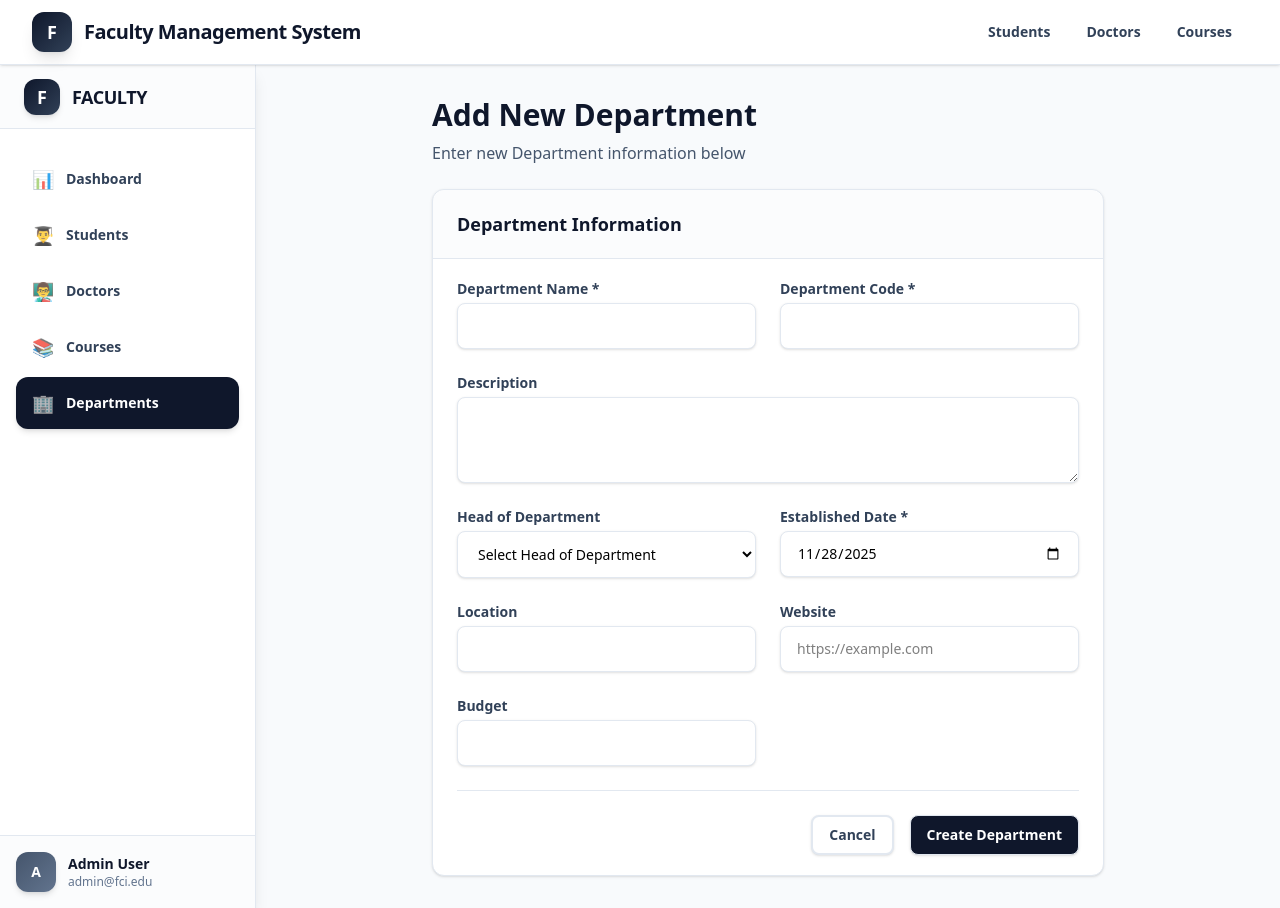
Repository: Mohamedmohsen179/Advanced-DB-Task
Page: /departments/new (app in frontend/)
These files come from the project's save history. The page is drawn as it stood at one moment and after the next save; the edit follows.
The browser window is 1280 px wide. The pictures show the whole page.
The page's requests for data from a server got no answer. The project was rebuilt for these pictures with package versions that can differ from the ones it lists, and the page was loaded fresh each time. The framework's server and built-in components were replaced by stand-ins that run in the browser. No one was signed in, and anything a server would have sent is missing. Also part of the build but not shown: frontend/next.config.ts.

Above is the page before, as saved 2025-11-29 01:32:44.

### frontend/app/layout.tsx
import type { Metadata } from "next";
import { Geist, Geist_Mono } from "next/font/google";
import "./globals.css";
import MainLayout from "../components/layout/MainLayout";

const geistSans = Geist({
  variable: "--font-geist-sans",
  subsets: ["latin"],
});

const geistMono = Geist_Mono({
  variable: "--font-geist-mono",
  subsets: ["latin"],
});

export const metadata: Metadata = {
  title: "University Management System",
  description: "A comprehensive university management system built with Next.js and TypeScript",
};

export default function RootLayout({
  children,
}: Readonly<{
  children: React.ReactNode;
}>) {
  return (
    <html lang="en">
      <body
        className={`${geistSans.variable} ${geistMono.variable} antialiased`}
      >
        <MainLayout>{children}</MainLayout>
      </body>
    </html>
  );
}

### frontend/app/departments/new/page.tsx
'use client';

import { useState, useEffect } from 'react';
import { useRouter } from 'next/navigation';
import { CreateDepartmentRequest } from '../../../types';
import { apiService } from '../../../services/api';
import { Card, CardContent, CardHeader } from '../../../components/ui/Card';
import Button from '../../../components/ui/Button';

export default function NewDepartmentPage() {
  const router = useRouter();
  const [loading, setLoading] = useState(false);
  const [error, setError] = useState<string | null>(null);
  const [doctors, setDoctors] = useState<{ id: string; firstName: string; lastName: string }[]>([]);

  const [formData, setFormData] = useState<CreateDepartmentRequest>({
    name: '',
    code: '',
    description: '',
    headOfDepartmentId: '',
    establishedDate: new Date().toISOString().split('T')[0],
    location: '',
    phoneNumber: '',
    email: '',
    website: '',
    budget: undefined,
  });

  useEffect(() => {
    loadDoctors();
  }, []);

  const loadDoctors = async () => {
    try {
      const response = await apiService.getDoctors();
      if (response.success) {
        setDoctors(response.data.map(d => ({ id: d.id, firstName: d.firstName, lastName: d.lastName })));
      }
    } catch (err) {
      console.error('Error loading doctors:', err);
    }
  };

  const handleInputChange = (e: React.ChangeEvent<HTMLInputElement | HTMLSelectElement | HTMLTextAreaElement>) => {
  };

  const handleSubmit = async (e: React.FormEvent) => {
    e.preventDefault();
    setLoading(true);
    setError(null);

    try {
      const response = await apiService.createDepartment(formData);

      if (response.success) {
        router.push('/departments');
      } else {
        setError('Failed to create the new Department');
      }
    } catch (err) {
      setError('An error occurred while creating the Department');
      console.error('Error creating Department:', err);
    } finally {
      setLoading(false);
    }
  };

  return (
    <div className="max-w-2xl mx-auto">
      <div className="mb-6">
        <h1 className="text-3xl font-bold text-slate-900">Add New Department</h1>
        <p className="mt-2 text-base text-slate-600">
          Enter new Department information below
        </p>
      </div>

      {error && (
        <div className="mb-6 bg-red-50 border border-red-200 rounded-md p-4">
          <div className="flex">
            <div className="flex-shrink-0">
              <svg className="h-5 w-5 text-red-400" viewBox="0 0 20 20" fill="currentColor">
                <path fillRule="evenodd" d="M10 18a8 8 0 100-16 8 8 0 000 16zM8.707 7.293a1 1 0 00-1.414 1.414L8.586 10l-1.293 1.293a1 1 0 101.414 1.414L10 11.414l1.293 1.293a1 1 0 001.414-1.414L11.414 10l1.293-1.293a1 1 0 00-1.414-1.414L10 8.586 8.707 7.293z" clipRule="evenodd" />
              </svg>
            </div>
            <div className="ml-3">
              <h3 className="text-sm font-medium text-red-800">Error</h3>
              <div className="mt-2 text-sm text-red-700">
                <p>{error}</p>
              </div>
            </div>
          </div>
        </div>
      )}

      <Card>
        <CardHeader>
          <h2 className="text-lg font-semibold text-slate-900">Department Information</h2>
        </CardHeader>
        <CardContent>
          <form onSubmit={handleSubmit} className="space-y-6">
            <div className="grid grid-cols-1 md:grid-cols-2 gap-6">
              <div>
                <label htmlFor="name" className="block text-sm font-semibold text-slate-700">
                  Department Name *
                </label>
                <input
                  type="text"
                  id="name"
                  name="name"
                  required
                  value={formData.name}
                  onChange={handleInputChange}
                  className="text-black mt-1 block w-full border border-slate-300 rounded-lg px-4 py-3 text-sm focus:outline-none focus:ring-2 focus:ring-slate-500 focus:border-slate-500 transition-all duration-200 bg-white shadow-sm"
                />
              </div>

              <div>
                <label htmlFor="code" className="block text-sm font-semibold text-slate-700">
                  Department Code *
                </label>
                <input
                  type="text"
                  id="code"
                  name="code"
                  required
                  value={formData.code}
                  onChange={handleInputChange}
                  className="text-black mt-1 block w-full border border-slate-300 rounded-lg px-4 py-3 text-sm focus:outline-none focus:ring-2 focus:ring-slate-500 focus:border-slate-500 transition-all duration-200 bg-white shadow-sm"
                />
              </div>

              <div className="md:col-span-2">
                <label htmlFor="description" className="block text-sm font-semibold text-slate-700">
                  Description
                </label>
                <textarea
                  id="description"
                  name="description"
                  rows={3}
                  value={formData.description}
                  onChange={handleInputChange}
                  className="text-black mt-1 block w-full border border-slate-300 rounded-lg px-4 py-3 text-sm focus:outline-none focus:ring-2 focus:ring-slate-500 focus:border-slate-500 transition-all duration-200 bg-white shadow-sm"
                />
              </div>

              <div>
                <label htmlFor="headOfDepartmentId" className="block text-sm font-semibold text-slate-700">
                  Head of Department
                </label>
                <select
                  id="headOfDepartmentId"
                  name="headOfDepartmentId"
                  value={formData.headOfDepartmentId || ''}
                  onChange={handleInputChange}
                  className="text-black mt-1 block w-full border border-slate-300 rounded-lg px-4 py-3 text-sm focus:outline-none focus:ring-2 focus:ring-slate-500 focus:border-slate-500 transition-all duration-200 bg-white shadow-sm"
                >
                  <option value="">Select Head of Department</option>
                  {doctors.map(doctor => (
                    <option key={doctor.id} value={doctor.id}>
                      Dr. {doctor.firstName} {doctor.lastName}
                    </option>
                  ))}
                </select>
              </div>

              <div>
                <label htmlFor="establishedDate" className="block text-sm font-semibold text-slate-700">
                  Established Date *
                </label>
                <input
                  type="date"
                  id="establishedDate"
                  name="establishedDate"
                  required
                  value={formData.establishedDate}
                  onChange={handleInputChange}
                  className="text-black mt-1 block w-full border border-slate-300 rounded-lg px-4 py-3 text-sm focus:outline-none focus:ring-2 focus:ring-slate-500 focus:border-slate-500 transition-all duration-200 bg-white shadow-sm"
                />
              </div>

              <div>
                <label htmlFor="location" className="block text-sm font-semibold text-slate-700">
                  Location
                </label>
                <input
                  type="text"
                  id="location"
                  name="location"
                  value={formData.location}
                  onChange={handleInputChange}
                  className="text-black mt-1 block w-full border border-slate-300 rounded-lg px-4 py-3 text-sm focus:outline-none focus:ring-2 focus:ring-slate-500 focus:border-slate-500 transition-all duration-200 bg-white shadow-sm"
                />
              </div>

              <div>
                <label htmlFor="website" className="block text-sm font-semibold text-slate-700">
                  Website
                </label>
                <input
                  type="url"
                  id="website"
                  name="website"
                  value={formData.website}
                  onChange={handleInputChange}
                  placeholder="https://example.com"
                  className="text-black mt-1 block w-full border border-slate-300 rounded-lg px-4 py-3 text-sm focus:outline-none focus:ring-2 focus:ring-slate-500 focus:border-slate-500 transition-all duration-200 bg-white shadow-sm"
                />
              </div>

              <div>
                <label htmlFor="budget" className="block text-sm font-semibold text-slate-700">
                  Budget
                </label>
                <input
                  type="number"
                  id="budget"
                  name="budget"
                  min="0"
                  step="0.01"
                  value={formData.budget || ''}
                  onChange={handleInputChange}
                  className="text-black mt-1 block w-full border border-slate-300 rounded-lg px-4 py-3 text-sm focus:outline-none focus:ring-2 focus:ring-slate-500 focus:border-slate-500 transition-all duration-200 bg-white shadow-sm"
                />
              </div>
            </div>

            <div className="flex justify-end space-x-4 pt-6 border-t border-slate-200">
              <Button
                type="button"
                variant="outline"
                onClick={() => router.back()}
              >
                Cancel
              </Button>
              <Button
                type="submit"
                loading={loading}
              >
                Create Department
              </Button>
            </div>
          </form>
        </CardContent>
      </Card>
    </div>
  );
}

### frontend/app/globals.css
@import "tailwindcss";

:root {
  --background: #fafafa;
  --foreground: #0f172a;
  --primary: #2563eb;
  --primary-foreground: #ffffff;
  --secondary: #f1f5f9;
  --secondary-foreground: #334155;
  --muted: #f8fafc;
  --muted-foreground: #64748b;
  --accent: #f1f5f9;
  --accent-foreground: #0f172a;
  --border: #e2e8f0;
  --input: #ffffff;
  --ring: #2563eb;
  --radius: 0.5rem;
}

@theme inline {
  --color-background: var(--background);
  --color-foreground: var(--foreground);
  --font-sans: var(--font-geist-sans);
  --font-mono: var(--font-geist-mono);
}

@media (prefers-color-scheme: dark) {
  :root {
    --background: #020617;
    --foreground: #f8fafc;
    --primary: #3b82f6;
    --primary-foreground: #f8fafc;
    --secondary: #1e293b;
    --secondary-foreground: #f8fafc;
    --muted: #1e293b;
    --muted-foreground: #94a3b8;
    --accent: #1e293b;
    --accent-foreground: #f8fafc;
    --border: #334155;
    --input: #1e293b;
    --ring: #3b82f6;
  }
}

* {
  border-color: var(--border);
}

body {
  background: var(--background);
  color: var(--foreground);
  font-family: var(--font-sans), system-ui, -apple-system, sans-serif;
  line-height: 1.6;
  -webkit-font-smoothing: antialiased;
  -moz-osx-font-smoothing: grayscale;
}

::-webkit-scrollbar {
  width: 8px;
  height: 8px;
}

::-webkit-scrollbar-track {
  background: var(--muted);
}

::-webkit-scrollbar-thumb {
  background: var(--muted-foreground);
  border-radius: 4px;
}

::-webkit-scrollbar-thumb:hover {
  background: var(--foreground);
}

/* Focus styles */
.focus-visible {
  outline: 2px solid var(--ring);
  outline-offset: 2px;
}

/* Professional shadows */
.shadow-professional {
  box-shadow: 0 1px 3px 0 rgb(0 0 0 / 0.1), 0 1px 2px -1px rgb(0 0 0 / 0.1);
}

.shadow-professional-lg {
  box-shadow: 0 10px 15px -3px rgb(0 0 0 / 0.1), 0 4px 6px -4px rgb(0 0 0 / 0.1);
}

### frontend/components/layout/MainLayout.tsx
'use client';

import { useState } from 'react';
import Navbar from './Navbar';
import Sidebar from './Sidebar';

interface MainLayoutProps {
  children: React.ReactNode;
}

export default function MainLayout({ children }: MainLayoutProps) {
  const [sidebarOpen, setSidebarOpen] = useState(false);

  return (
    <div className="min-h-screen bg-slate-50">
      <Navbar />

      <div className="flex">
        <Sidebar
          isOpen={sidebarOpen}
          onClose={() => setSidebarOpen(false)}
        />

        <div className="flex-1 lg:ml-0">
          <div className="lg:hidden">
            <button
              onClick={() => setSidebarOpen(true)}
              className="fixed top-20 left-4 z-10 bg-white p-3 rounded-xl shadow-professional border border-slate-200 hover:shadow-professional-lg transition-all duration-200"
            >
              <svg className="w-5 h-5 text-slate-600" fill="none" stroke="currentColor" viewBox="0 0 24 24">
                <path strokeLinecap="round" strokeLinejoin="round" strokeWidth={2} d="M4 6h16M4 12h16M4 18h16" />
              </svg>
            </button>
          </div>

          <main className="p-6 lg:p-8">
            <div className="max-w-7xl mx-auto">
              {children}
            </div>
          </main>
        </div>
      </div>
    </div>
  );
}

### frontend/components/ui/Card.tsx
import { HTMLAttributes, forwardRef } from 'react';

interface CardProps extends HTMLAttributes<HTMLDivElement> {
  children: React.ReactNode;
}

const Card = forwardRef<HTMLDivElement, CardProps>(
  ({ className = '', children, ...props }, ref) => {
    return (
      <div
        ref={ref}
        className={`bg-white rounded-xl border border-slate-200 shadow-professional hover:shadow-professional-lg transition-shadow duration-200 ${className}`}
        {...props}
      >
        {children}
      </div>
    );
  }
);

Card.displayName = 'Card';

interface CardHeaderProps extends HTMLAttributes<HTMLDivElement> {
  children: React.ReactNode;
}

const CardHeader = forwardRef<HTMLDivElement, CardHeaderProps>(
  ({ className = '', children, ...props }, ref) => {
    return (
      <div
        ref={ref}
        className={`px-6 py-5 border-b border-slate-200 bg-slate-50/50 rounded-t-xl ${className}`}
        {...props}
      >
        {children}
      </div>
    );
  }
);

CardHeader.displayName = 'CardHeader';

interface CardContentProps extends HTMLAttributes<HTMLDivElement> {
  children: React.ReactNode;
}

const CardContent = forwardRef<HTMLDivElement, CardContentProps>(
  ({ className = '', children, ...props }, ref) => {
    return (
      <div
        ref={ref}
        className={`px-6 py-5 ${className}`}
        {...props}
      >
        {children}
      </div>
    );
  }
);

CardContent.displayName = 'CardContent';

interface CardFooterProps extends HTMLAttributes<HTMLDivElement> {
  children: React.ReactNode;
}

const CardFooter = forwardRef<HTMLDivElement, CardFooterProps>(
  ({ className = '', children, ...props }, ref) => {
    return (
      <div
        ref={ref}
        className={`px-6 py-5 border-t border-slate-200 bg-slate-50 rounded-b-xl ${className}`}
        {...props}
      >
        {children}
      </div>
    );
  }
);

CardFooter.displayName = 'CardFooter';

export { Card, CardHeader, CardContent, CardFooter };

### frontend/components/ui/Button.tsx
import { ButtonHTMLAttributes, forwardRef } from 'react';

interface ButtonProps extends ButtonHTMLAttributes<HTMLButtonElement> {
  variant?: 'primary' | 'secondary' | 'danger' | 'outline';
  size?: 'sm' | 'md' | 'lg';
  loading?: boolean;
}

const Button = forwardRef<HTMLButtonElement, ButtonProps>(
  ({ className = '', variant = 'primary', size = 'md', loading = false, children, disabled, ...props }, ref) => {
    const baseClasses = 'inline-flex items-center justify-center font-semibold rounded-lg transition-all duration-200 focus:outline-none focus:ring-2 focus:ring-offset-2 disabled:opacity-50 disabled:cursor-not-allowed shadow-sm hover:shadow-md active:scale-[0.98]';

    const variantClasses = {
      primary: 'bg-slate-900 text-white hover:bg-slate-800 focus:ring-slate-500 border border-slate-900',
      secondary: 'bg-slate-100 text-slate-900 hover:bg-slate-200 focus:ring-slate-500 border border-slate-200',
      danger: 'bg-red-600 text-white hover:bg-red-700 focus:ring-red-500 border border-red-600',
      outline: 'border-2 border-slate-300 text-slate-700 bg-white hover:bg-slate-50 hover:border-slate-400 focus:ring-slate-500',
    };

    const sizeClasses = {
      sm: 'px-3 py-2 text-sm h-9',
      md: 'px-4 py-2.5 text-sm h-10',
      lg: 'px-6 py-3 text-base h-12',
    };

    return (
      <button
        ref={ref}
        className={`${baseClasses} ${variantClasses[variant]} ${sizeClasses[size]} ${className}`}
        disabled={disabled || loading}
        {...props}
      >
        {loading && (
          <svg className="animate-spin -ml-1 mr-2 h-4 w-4" fill="none" viewBox="0 0 24 24">
            <circle className="opacity-25" cx="12" cy="12" r="10" stroke="currentColor" strokeWidth="4" />
            <path className="opacity-75" fill="currentColor" d="M4 12a8 8 0 018-8V0C5.373 0 0 5.373 0 12h4zm2 5.291A7.962 7.962 0 014 12H0c0 3.042 1.135 5.824 3 7.938l3-2.647z" />
          </svg>
        )}
        {children}
      </button>
    );
  }
);

Button.displayName = 'Button';

export default Button;

Loaded but not shown: frontend/services/api.ts (635 lines, source omitted); frontend/components/layout/Sidebar.tsx (152 lines, source omitted); frontend/components/layout/Navbar.tsx (95 lines, source omitted)

After the next save:
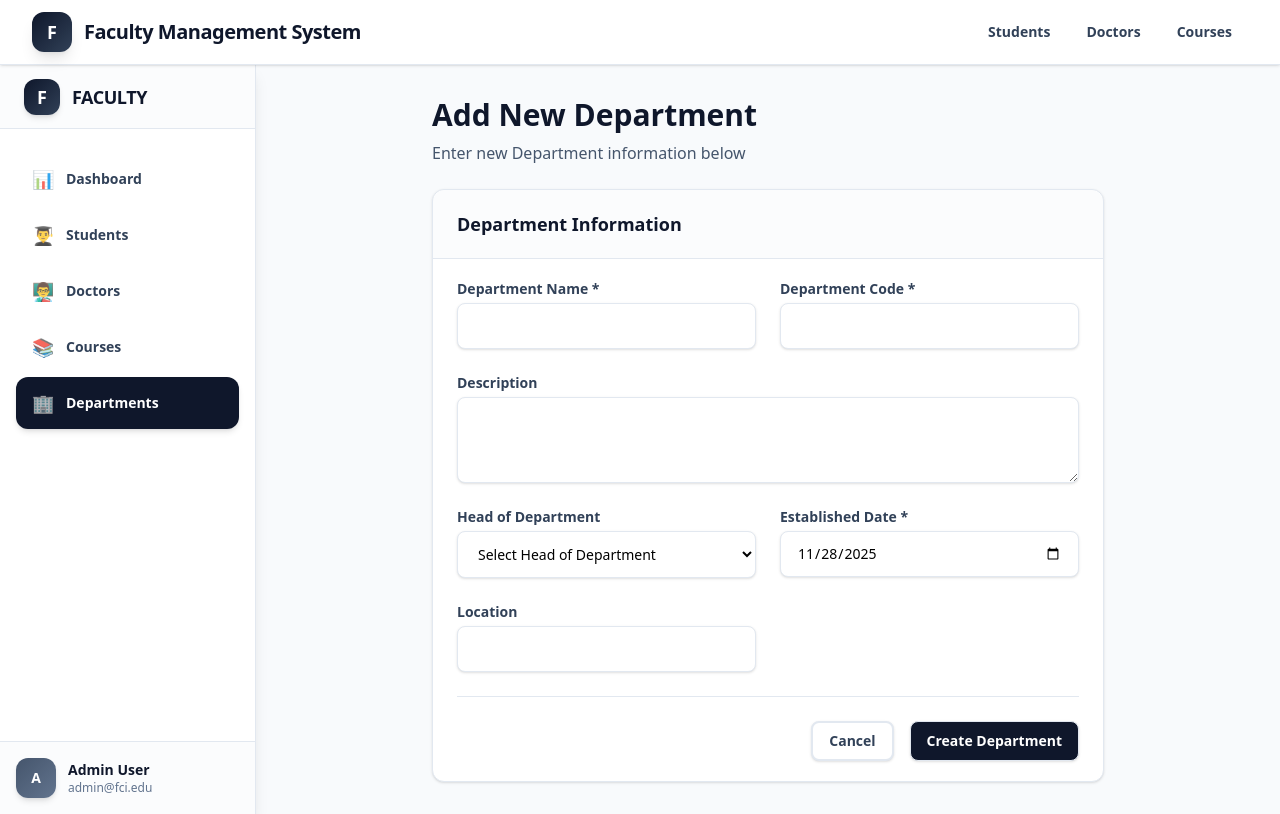
Saved 6 s later.
--- a/frontend/app/departments/new/page.tsx
+++ b/frontend/app/departments/new/page.tsx
@@ -187,37 +187,6 @@ export default function NewDepartmentPage() {
                   id="location"
                   name="location"
                   value={formData.location}
-                  onChange={handleInputChange}
-                  className="text-black mt-1 block w-full border border-slate-300 rounded-lg px-4 py-3 text-sm focus:outline-none focus:ring-2 focus:ring-slate-500 focus:border-slate-500 transition-all duration-200 bg-white shadow-sm"
-                />
-              </div>
-
-              <div>
-                <label htmlFor="website" className="block text-sm font-semibold text-slate-700">
-                  Website
-                </label>
-                <input
-                  type="url"
-                  id="website"
-                  name="website"
-                  value={formData.website}
-                  onChange={handleInputChange}
-                  placeholder="https://example.com"
-                  className="text-black mt-1 block w-full border border-slate-300 rounded-lg px-4 py-3 text-sm focus:outline-none focus:ring-2 focus:ring-slate-500 focus:border-slate-500 transition-all duration-200 bg-white shadow-sm"
-                />
-              </div>
-
-              <div>
-                <label htmlFor="budget" className="block text-sm font-semibold text-slate-700">
-                  Budget
-                </label>
-                <input
-                  type="number"
-                  id="budget"
-                  name="budget"
-                  min="0"
-                  step="0.01"
-                  value={formData.budget || ''}
                   onChange={handleInputChange}
                   className="text-black mt-1 block w-full border border-slate-300 rounded-lg px-4 py-3 text-sm focus:outline-none focus:ring-2 focus:ring-slate-500 focus:border-slate-500 transition-all duration-200 bg-white shadow-sm"
                 />
